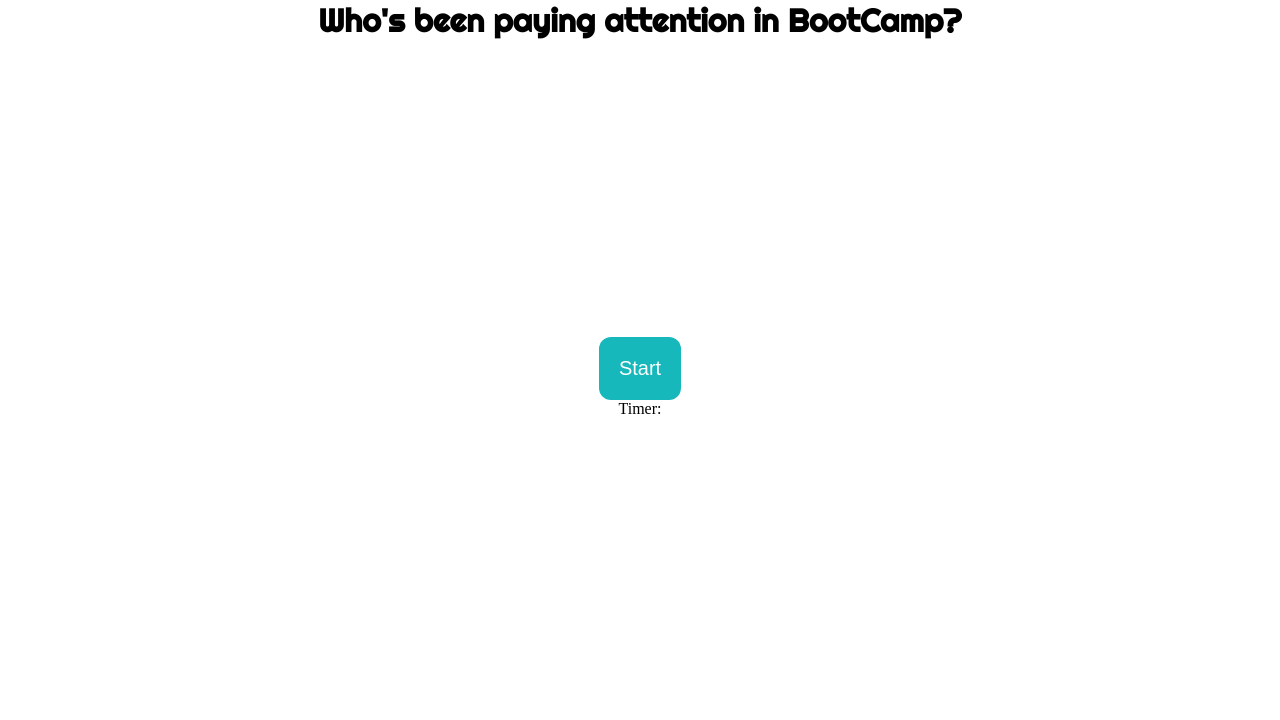
Repository: kkyler24/Quizlet
Page: Quiz.html
An editor plug-in stored every save of this project. The page is shown before and after the next save, followed by the edit.
The browser window is 1280 px wide. The pictures show the whole page.
Some web libraries are served in a nearby version.

Above is the page before, as saved 2020-03-16 01:29:56.

### Quiz.html
<!DOCTYPE html>

<html lang="en">

<head>
    <meta charset="UTF-8">
    <meta name="viewport" content="width=device-width, initial-scale=1.0">

    <!-- font family -->
    <link href="https://fonts.googleapis.com/css2?family=Righteous&display=swap" rel="stylesheet">

    <!-- Popper -->
    <script src="https://cdnjs.cloudflare.com/ajax/libs/popper.js/1.12.9/umd/popper.min.js"
        integrity="sha384-ApNbgh9B+Y1QKtv3Rn7W3mgPxhU9K/ScQsAP7hUibX39j7fakFPskvXusvfa0b4Q"
        crossorigin="anonymous"></script>
    <!-- Myfiles -->
    <link rel="stylesheet" type="text/css" href="DevOpsFiles/Style.css">
    <title>Quiz it</title>
</head>

<header>Who's been paying attention in BootCamp?</header>

<!-- Quiz Design -->

<body>

    <Div class="flex-container">
        <div id="startB">
            <input type="button" class="startButton" value="Start"/>
        </div>
        <div id="questionBoxOne" class="row" style="display: none;">
            <div class="col-md-6 col-sm-3 questionDiv">
                "What is BootStrap?"
                <div class="col-8 col-sm-6 answerA">
                    <button type="button" class="button">"A piece of material that helps hold up your
                        boot"
                    </button>
                </div>
                <div class="col-8 col-sm-6 answerA correct">
                    <button type="button" class="button">"An open source Css
                        framework"</button>
                </div>
                <div class="col-8 col-sm-6 answerA">
                    <button type="button" class="button">"An open source Js framework"</button>
                </div>
            </div>
        </div>

        <div id="questionBoxTwo" class="row" style="display: none;">
            <div class="col-md-6 col-sm-3 questionDiv">
                "Javascript is to muscles as HTML is to...?"
            </div>
                <div class="col-8 col-sm-6 answerB correct">
                    <button type="button" class="button"> IceCream"</button>
                </div>
                <div class="col-8 col-sm-6 answerB">
                    <button type="button" class="button">"Skin"</button>
                </div>
                <div class="col-8 col-sm-6 answerB">
                    <button type="button" class="button">"Skeleton"</button>
                </div>
            </div>


        <div id="questionBoxThree" class="row" style="display: none;">
            <div class="col-md-6 col-sm-3 questionDiv">
                "What does HTML stand for?"
                <div class="row">

                    <div class="col-8 col-sm-6 answerC">
                        <button type="button" class="button">"Home Tools Mark-up language" </button>

                        <div class="col-8 col-sm-6 answerC">
                            <button type="button" class="button"> "Hyper-text Mark down language "</button>

                            <div class="col-8 col-sm-6 answerC">
                                <button type="button" class="button">"Hyper-text Mark up language
                                    "</button>
                            </div>
                        </div>
                    </div>
                </div>
            </div>
        </div>

        <div id="questionBoxFour" class="row" style="display: none;">
            <div class="col-md-6 col-sm-3 questionDiv">
                "What is BootStrap?"
                <div class="row">

                    <div class="col-8 col-sm-6 answerD">
                        <button type="button" class="button">"A piece of material that helps hold
                            up your boot" </button>

                        <div class="col-8 col-sm-6 answerD">
                            <button type="button" class="button">"An open source Css
                                framework"</button>

                            <div class="col-8 col-sm-6 answerD">
                                <button id="D" type="button" class="button">"An open source Js
                                    framework"</button>
                            </div>
                        </div>
                    </div>
                </div>
            </div>
        </div>

    </Div>
   <Label> Timer: <div class="time"></div></Label>
    <script src="https://code.jquery.com/jquery-3.4.1.js"></script>
    <script src="DevOpsFiles/Java.js"></script>
</body>

</html>

### DevOpsFiles/Style.css
body{
    margin: auto;
    text-align: center;
    background-image: image();
  }

.flex-container {
    display: flex;
    margin-top: 20%;
    justify-content: center;
    align-items: center;
    flex-direction: column;
  }

header{
font-family: "Righteous", cursive;
font-size: xx-large;
font-weight: bolder;

  }

#questionBoxOne {
  position: absolute;

}

#questionBoxTwo {
  position: absolute;

}

#questionBoxThree {
  position: absolute;

}

#questionBoxFour {
  position: absolute;

}
.questionDiv{
  font-size: 25px;
  font-weight: bold;

}

.button{
background-color: rgb(22, 184, 187);
padding: 20px;
border-radius: 12px;
border: none;
color: white;
font-family:Arial, Helvetica, sans-serif;
font-size: 20PX;
}

.time{
  margin-top: 20%;
  text-align: center;
  font-family:Arial, Helvetica, sans-serif;
font-size: 30PX;
}

.startButton{
  text-align: center;
  margin-top: 50%;
  background-color: rgb(22, 184, 187);
padding: 20px;
border-radius: 12px;
border: none;
color: white;
font-family:Arial, Helvetica, sans-serif;
font-size: 20PX;
}

### DevOpsFiles/Java.js

// record start time
var startTime;
function display() {
    // later record end time
    var endTime = new Date();

    // time difference in ms
    var timeDiff = endTime - startTime;

    // strip the miliseconds
    timeDiff /= 1000;

    // get seconds
    var seconds = Math.floor(timeDiff % 60);

    // remove seconds from the date
    timeDiff = Math.floor(timeDiff / 60);

    // get minutes
    var minutes = Math.round(timeDiff % 60);

    // remove minutes from the date
    timeDiff = Math.floor(timeDiff / 60);

    // get hours
    var hours = Math.round(timeDiff % 24);

    // remove hours from the date
    timeDiff = Math.floor(timeDiff / 24);

    // the rest of timeDiff is number of days
    var days = timeDiff;

    $(".time").text(hours + ":" + minutes + ":" + seconds);
    setTimeout(display, 1000);
}

$(".startButton").click(function () {
    startTime = new Date();
    setTimeout(display, 1000);
});


//   function stopTimer() {
//     secondsElapsed = 0;
//     formatTime();
//   }
//   function startTimer() {
//     if (totalSeconds > 0) {
//       secondsElapsed = 0;
//       timer = setInterval(function () {
//         secondsElapsed++;
//         formatTime();
//       }, 1000);
//     }
//     formatTime();
//   }
// };

// ---Score Code---
var totalScore = [];

function getSum(total, num) {
  return total + Math(num);
}
function myFunction(item) {
  document.getElementById("stats").innerHTML = totalScore.reduce(getSum, 0);
}



// Questions Object
var Quests = [
  {
    Q1: {
      Question: "What is BootStrap?",
      answers: ["A piece of material that helps hold up your boot", "An open source Css framework", "An open source JS framework"],
      answersCorrect: [1]

    },

    Q2: {
      Question: "HTML is to Skeleton as Javascript is to...?",
      answers: ["Muscles", "Skin", "Coffee"],
      answersCorrect: [0]
    },

    Q3: {
      Question: "What does HTML stand for?",
      answers: ["A piece of material that helps hold up your boot", "An open source Css framework", "An open source JS framework"],
      answersCorrect: [3]
    },

    Q4: {
      Question: "What is BootStrap?",
      answers: ["A piece of material that helps hold up your boot", "An open source Css framework", "An open source JS framework"],
      answersCorrect: [2]
    }
  }];


// -->Get faded code<--
$(".startButton").on("click", function () {
  $("#startB").fadeOut(1000, function () {
    $(this).remove();
  })
});

$(".startButton").on("click", function () {
  $("#questionBoxOne").fadeIn(3600, function () {
  })
});

$(".answerA").on("click", function () {
  $("#questionBoxOne").fadeOut(2500, function () {
    $(this).remove();
  })
});

$(".answerA").on("click", function () {
  $("#questionBoxTwo").fadeIn(3600, function () {
  })
});

$('.answerB').on('click', function () {
  $("#questionBoxTwo").fadeOut(2500, function () {
    $(this).remove();
  })
});

$(".answerB").on("click", function () {
  $("#questionBoxThree").fadeIn(3600, function () {

  })
});

$('.answerC').on('click', function () {
  $("#questionBoxThree").fadeOut(2500, function () {
    $(this).remove();
  })
});

$(".answerC").on("click", function () {
  $("#questionBoxFour").fadeIn(3500, function () {
  })
});

$('.answerD').on('click', function () {
  $("#questionBoxFour").fadeOut(2500, function () {
    $(this).remove();
  })
});

$(".answerD").on("click", function () {
    $("#stats").slideDown(3500, function () {
    })
  });

//
// var aBBox = document.getElementsByClassName("col-8 col-sm-6 answerB");
// aBBox.


// done.addEventListener("event", function(){
// $(".answerb").on("event", function(){
//   $("#questionBoxTwo").fadeOut(2000,function(){
//     $(this).remove();
// })});



//
// $("#questionBoxTwo").fadeIn(1000,function())

// fade in after (this).remove has been completed
// var buttonCheck = document.getElementsByClassName("button");
// var totalScore = "";

// button listener



// Check the buttons for correct class
// // for ( var i = 0; i > flex-container.lenght; i++) {
// //   $("button").on("click", function(){
// //     if (buttonCheck.click === button.correct){
// //         totalScore = totalScore + 25;
// //     }
// //     else {secondsElapsed + 1500};
//   }
// )}

After the next save:
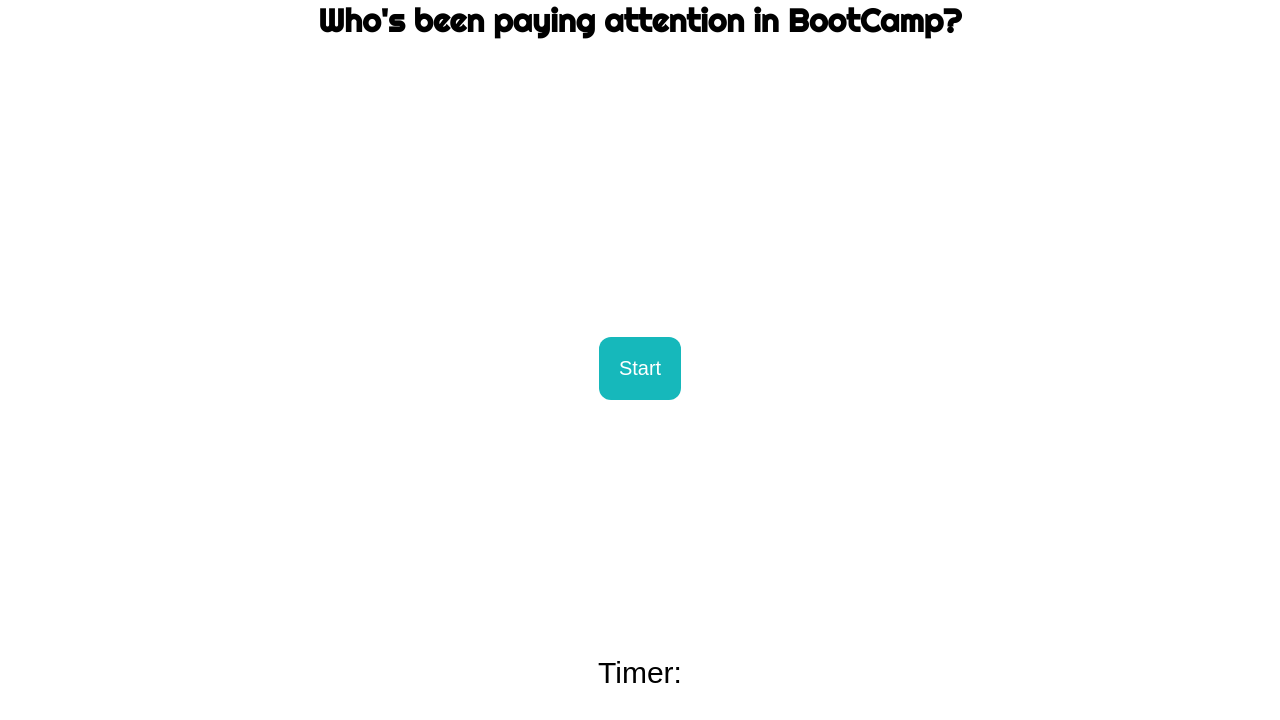
Saved 26 s later.
--- a/Quiz.html
+++ b/Quiz.html
@@ -107,7 +107,7 @@
         </div>
 
     </Div>
-   <Label> Timer: <div class="time"></div></Label>
+   <Label><div class="time"> Timer:</div></Label>
     <script src="https://code.jquery.com/jquery-3.4.1.js"></script>
     <script src="DevOpsFiles/Java.js"></script>
 </body>
